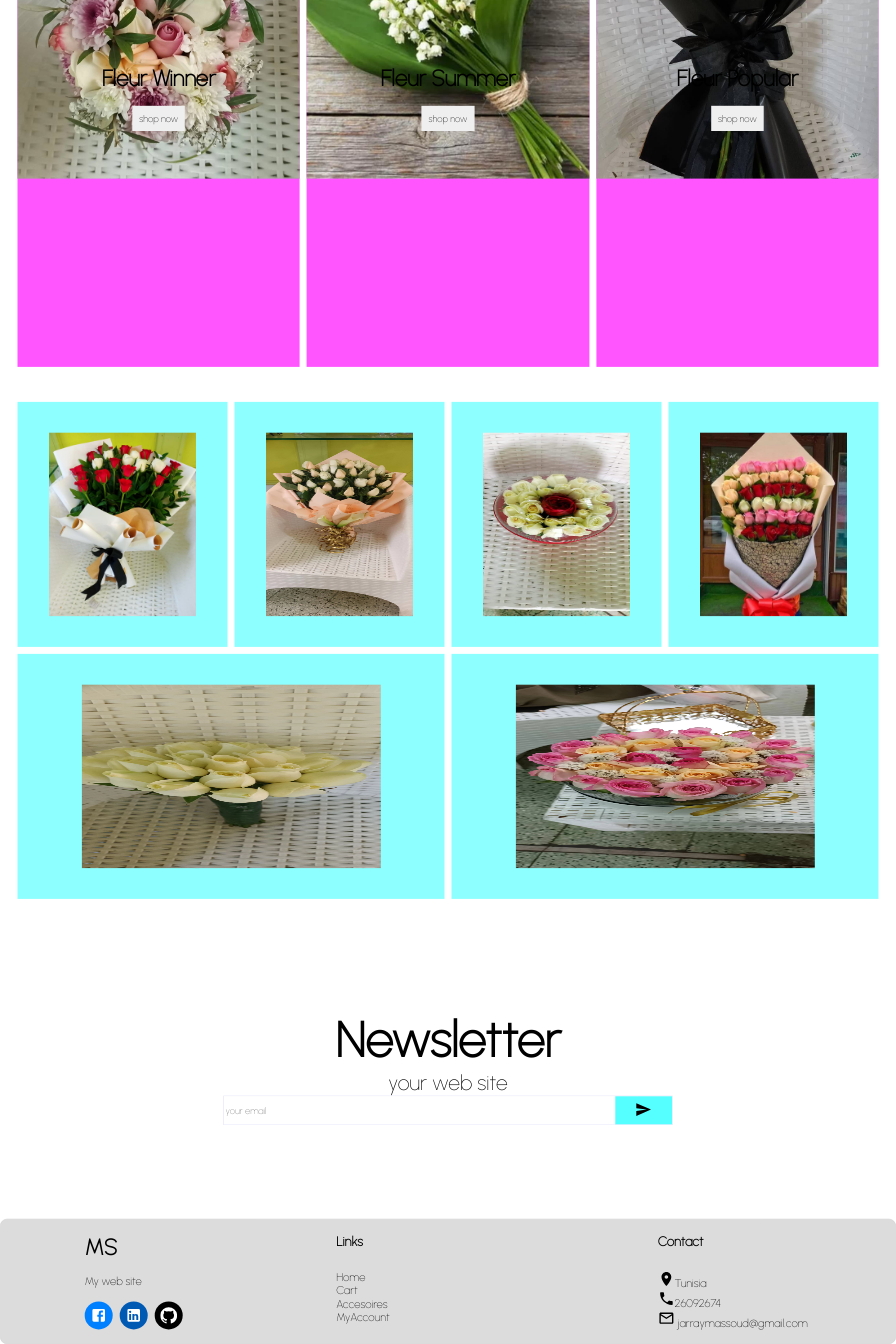
Repository: jarraymassaoud/react-web
Page: /
The author's editor kept a copy of each file at every save. The page is drawn from the files as they stood at one save, then again after the next save.
The browser window is 1280 px wide. The pictures show the part of the page from y = 1223 to 3143 px (the page is 3143 px tall), at 70% of full size.
The project was rebuilt for these pictures with package versions that can differ from the ones it lists, and the page was loaded fresh each time. Also part of the build but not shown: src/pages/Cart.jsx, src/pages/Login.jsx, src/pages/Bunch.jsx.

Above is the page before, as saved 2022-05-31 08:07:14.

After the next save:
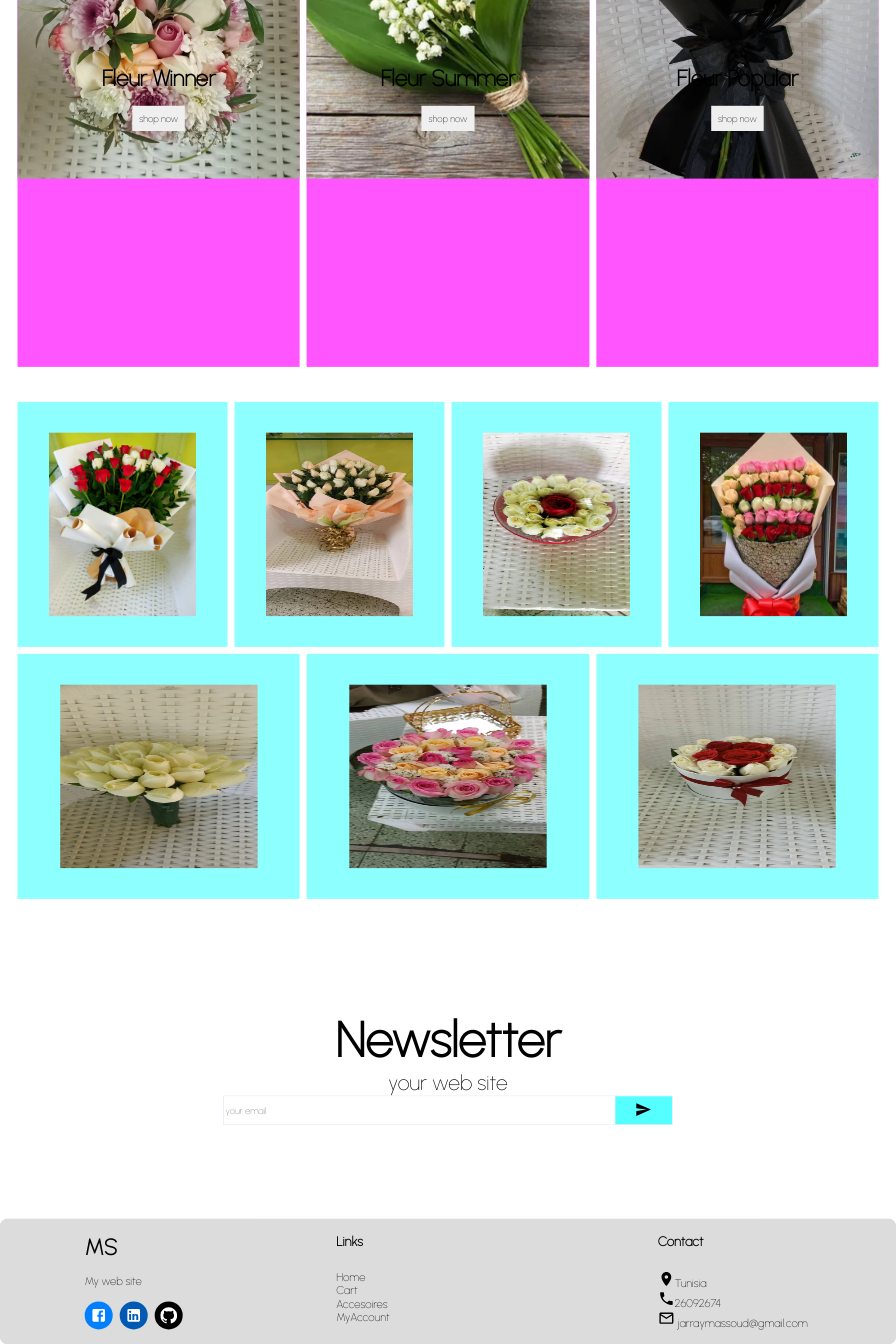
Saved 77 s later.
--- a/src/data.js
+++ b/src/data.js
@@ -66,4 +66,8 @@ export const products = [
     id: 6,
     img: "images/img14.jpg",
   },
+  {
+    id: 6,
+    img: "images/img26.jpg",
+  },
 ];
